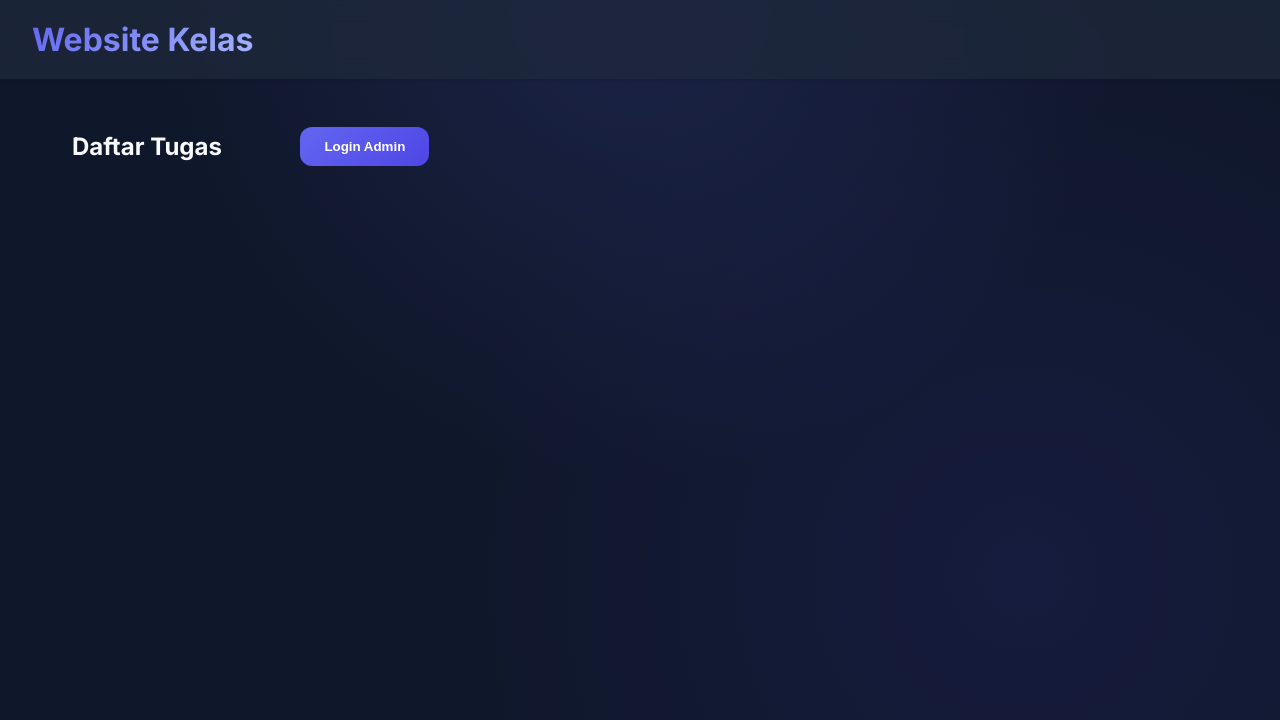
Repository: Resanso/astraReminder
Page: /
An editor plug-in stored every save of this project. The page is shown before and after the next save, followed by the edit.
The browser window is 1280 px wide. The pictures show the whole page.
The page's requests for data from a server got no answer. The project was rebuilt for these pictures with package versions that can differ from the ones it lists, and the page was loaded fresh each time. No one was signed in, and anything a server would have sent is missing. Also part of the build but not shown: src/components/AdminPanel.js, src/components/Login.js, src/components/Register.js.

Above is the page before, as saved 2025-02-25 00:06:54.

### public/index.html
<!DOCTYPE html>
<html lang="en">
  <head>
    <meta charset="utf-8" />
    <link rel="icon" href="favicon.ico" />
    <meta name="viewport" content="width=device-width, initial-scale=1" />
    <meta name="theme-color" content="#000000" />
    <meta name="description" content="Astra Domini - Fantasy Game Management" />
    <link rel="apple-touch-icon" href="logo192.png" />
    <link rel="manifest" href="manifest.json" />
    <title>Astra Domini</title>
  </head>
  <body>
    <noscript>You need to enable JavaScript to run this app.</noscript>
    <div id="root"></div>
    <!--
      This HTML file is a template.
      If you open it directly in the browser, you will see an empty page.

      You can add webfonts, meta tags, or analytics to this file.
      The build step will place the bundled scripts into the <body> tag.

      To begin the development, run `npm start` or `yarn start`.
      To create a production bundle, use `npm run build` or `yarn build`.
    -->
  </body>
</html>

### src/index.css
@import url("https://fonts.googleapis.com/css2?family=Inter:wght@400;500;600;700&display=swap");

body {
  margin: 0;
  font-family: "Inter", -apple-system, BlinkMacSystemFont, "Segoe UI", "Roboto",
    "Oxygen", "Ubuntu", "Cantarell", "Fira Sans", "Droid Sans", "Helvetica Neue",
    sans-serif;
  -webkit-font-smoothing: antialiased;
  -moz-osx-font-smoothing: grayscale;
}

code {
  font-family: source-code-pro, Menlo, Monaco, Consolas, "Courier New",
    monospace;
}

* {
  box-sizing: border-box;
  margin: 0;
  padding: 0;
}

::-webkit-scrollbar {
  width: 8px;
}

::-webkit-scrollbar-track {
  background: rgba(255, 255, 255, 0.05);
}

::-webkit-scrollbar-thumb {
  background: rgba(110, 86, 207, 0.5);
  border-radius: 4px;
}

::-webkit-scrollbar-thumb:hover {
  background: rgba(110, 86, 207, 0.7);
}

### src/App.js
import React, { useState, useEffect } from "react";
import {
  BrowserRouter as Router,
  Routes,
  Route,
  Navigate,
} from "react-router-dom";
import { auth } from "./firebase";
import { onAuthStateChanged, signOut } from "firebase/auth";
import TaskList from "./components/TaskList";
import AdminPanel from "./components/AdminPanel";
import Login from "./components/Login";
import Register from "./components/Register";
import "./App.css";

function App() {
  const [user, setUser] = useState(null);
  const [loading, setLoading] = useState(true);

  useEffect(() => {
    const unsubscribe = onAuthStateChanged(auth, (user) => {
      setUser(user);
      setLoading(false);
    });
    return unsubscribe;
  }, []);

  const handleLogout = async () => {
    try {
      await signOut(auth);
    } catch (error) {
      console.error("Error signing out:", error);
    }
  };

  if (loading) return <div>Loading...</div>;

  return (
    <Router basename="/">
      <div className="App">
        <header>
          <h1>Website Kelas</h1>
          {user && (
            <button className="logout-btn" onClick={handleLogout}>
              Logout
            </button>
          )}
        </header>
        <Routes>
          <Route path="/" element={<TaskList />} />
          <Route
            path="/admin"
            element={user ? <AdminPanel /> : <Navigate to="/login" />}
          />
          <Route
            path="/login"
            element={user ? <Navigate to="/admin" /> : <Login />}
          />
          <Route
            path="/register"
            element={user ? <Navigate to="/admin" /> : <Register />}
          />
        </Routes>
      </div>
    </Router>
  );
}

export default App;

### src/firebase.js
// Import the functions you need from the SDKs you need
import { initializeApp } from "firebase/app";
import { getFirestore } from "firebase/firestore";
import { getAuth } from "firebase/auth";
// TODO: Add SDKs for Firebase products that you want to use
// https://firebase.google.com/docs/web/setup#available-libraries

// Your web app's Firebase configuration
// For Firebase JS SDK v7.20.0 and later, measurementId is optional
const firebaseConfig = {
  apiKey: "AIzaSyC5vKNyYoiYqoeDgudvSQoeoFQrEVA_fF8",
  authDomain: "astra-domini.firebaseapp.com",
  projectId: "astra-domini",
  storageBucket: "astra-domini.firebasestorage.app",
  messagingSenderId: "711846096621",
  appId: "1:711846096621:web:fc97db572dc81c002ea6e4",
  measurementId: "G-YBZY4XPSGD",
};

// Initialize Firebase only on client side
let app;
let db;
let auth;

if (typeof window !== "undefined") {
  app = initializeApp(firebaseConfig);
  db = getFirestore(app);
  auth = getAuth(app);
}

export { db, auth };

### src/components/TaskList.js
import React, { useEffect, useState } from "react";
import { collection, query, getDocs, deleteDoc, doc } from "firebase/firestore";
import { db, auth } from "../firebase";
import { useNavigate } from "react-router-dom";
import { onAuthStateChanged } from "firebase/auth";

const TaskList = () => {
  const [tasks, setTasks] = useState([]);
  const [loading, setLoading] = useState(true);
  const [error, setError] = useState(null);
  const [user, setUser] = useState(null);
  const navigate = useNavigate();

  useEffect(() => {
    const unsubscribe = onAuthStateChanged(auth, (currentUser) => {
      setUser(currentUser);
    });
    return () => unsubscribe();
  }, []);

  const isTaskValid = (deadline) => {
    if (!deadline || typeof deadline.toDate !== "function") {
      return false;
    }
    try {
      const now = new Date();
      return deadline.toDate() > now;
    } catch (error) {
      console.error("Error validating task deadline:", error);
      return false;
    }
  };

  const deleteExpiredTasks = async (expiredTasks) => {
    for (const task of expiredTasks) {
      try {
        await deleteDoc(doc(db, "tasks", task.id));
      } catch (error) {
        console.error("Error deleting expired task:", error);
      }
    }
  };

  useEffect(() => {
    const fetchTasks = async () => {
      try {
        setLoading(true);
        setError(null);
        const q = query(collection(db, "tasks"));
        const querySnapshot = await getDocs(q);
        const taskList = [];
        const expiredTasks = [];

        querySnapshot.forEach((doc) => {
          const taskData = doc.data();
          // Validate task data
          if (taskData && taskData.deadline) {
            const task = { id: doc.id, ...taskData };
            if (isTaskValid(task.deadline)) {
              taskList.push(task);
            } else {
              expiredTasks.push(task);
            }
          } else {
            console.warn(`Task ${doc.id} has invalid data:`, taskData);
          }
        });

        if (expiredTasks.length > 0) {
          await deleteExpiredTasks(expiredTasks);
        }

        // Sort tasks by deadline
        taskList.sort((a, b) => {
          try {
            return a.deadline.toDate() - b.deadline.toDate();
          } catch (error) {
            console.error("Error sorting tasks:", error);
            return 0;
          }
        });

        setTasks(taskList);
      } catch (err) {
        setError("Gagal memuat daftar tugas. Silakan coba lagi nanti.");
        console.error("Error fetching tasks:", err);
      } finally {
        setLoading(false);
      }
    };

    fetchTasks();
    const interval = setInterval(fetchTasks, 60000);
    return () => clearInterval(interval);
  }, []);

  if (loading) {
    return <div className="loading">Memuat...</div>;
  }

  if (error) {
    return <div className="error">{error}</div>;
  }

  return (
    <div className="task-list">
      <div className="task-header">
        <h2>Daftar Tugas</h2>
        <div className="button-group">
          {user ? (
            <>
              <button
                className="add-task-btn"
                onClick={() => navigate("/admin")}
              >
                Tambah Tugas
              </button>
            </>
          ) : (
            <button className="login-btn" onClick={() => navigate("/login")}>
              Login Admin
            </button>
          )}
        </div>
      </div>
      {tasks.map((task) => (
        <div key={task.id} className="task-card">
          <h3>{task.matkul}</h3>
          <p>{task.desk}</p>
          <p>Deadline: {task.deadline.toDate().toLocaleString()}</p>
          <p className="task-creator">Ditambahkan oleh: {task.createdBy}</p>
        </div>
      ))}
    </div>
  );
};

export default TaskList;

### src/App.css
:root {
  --background-primary: #0f172a;
  --background-secondary: #1e293b;
  --text-primary: #f8fafc;
  --text-secondary: #94a3b8;
  --accent-primary: #6366f1;
  --accent-secondary: #4f46e5;
  --border-color: #334155;
  --success-color: #10b981;
  --error-color: #ef4444;
  --card-shadow: 0 4px 6px -1px rgb(0 0 0 / 0.1),
    0 2px 4px -2px rgb(0 0 0 / 0.1);
  --transition-base: all 0.3s ease;
}

body {
  background-color: var(--background-primary);
  color: var(--text-primary);
  min-height: 100vh;
  background-image: radial-gradient(
      circle at 50% 0%,
      rgba(99, 102, 241, 0.15) 0%,
      transparent 50%
    ),
    radial-gradient(
      circle at 80% 80%,
      rgba(79, 70, 229, 0.1) 0%,
      transparent 50%
    );
}

.App {
  text-align: center;
  position: relative;
}

.App-logo {
  height: 40vmin;
  pointer-events: none;
}

@media (prefers-reduced-motion: no-preference) {
  .App-logo {
    animation: App-logo-spin infinite 20s linear;
  }
}

.App-header {
  background-color: #282c34;
  min-height: 100vh;
  display: flex;
  flex-direction: column;
  align-items: center;
  justify-content: center;
  font-size: calc(10px + 2vmin);
  color: white;
}

.App-link {
  color: #61dafb;
}

@keyframes App-logo-spin {
  from {
    transform: rotate(0deg);
  }
  to {
    transform: rotate(360deg);
  }
}

/* Header Styles */
header {
  background-color: rgba(30, 41, 59, 0.8);
  backdrop-filter: blur(12px);
  padding: 1.25rem 2rem;
  box-shadow: 0 1px 3px rgba(0, 0, 0, 0.1);
  position: sticky;
  top: 0;
  z-index: 100;
  display: flex;
  justify-content: space-between;
  align-items: center;
}

header h1 {
  font-size: 2rem;
  font-weight: 700;
  background: linear-gradient(135deg, var(--accent-primary), #a5b4fc);
  -webkit-background-clip: text;
  background-clip: text;
  color: transparent;
}

.task-list {
  max-width: 1200px;
  margin: 3rem auto;
  padding: 0 2rem;
  display: grid;
  grid-template-columns: repeat(auto-fill, minmax(300px, 1fr));
  gap: 2rem;
}

.task-card {
  background-color: var(--background-secondary);
  border: 1px solid var(--border-color);
  border-radius: 1rem;
  padding: 1.5rem;
  transition: var(--transition-base);
  box-shadow: var(--card-shadow);
}

.task-card:hover {
  transform: translateY(-4px);
  box-shadow: 0 12px 24px -8px rgba(0, 0, 0, 0.3);
}

.task-card h3 {
  color: var(--accent-primary);
  margin-bottom: 1rem;
  font-size: 1.25rem;
}

.button-group button,
.auth-form button,
.admin-panel button {
  padding: 0.75rem 1.5rem;
  border-radius: 0.75rem;
  border: none;
  font-weight: 600;
  transition: var(--transition-base);
  cursor: pointer;
  display: inline-flex;
  align-items: center;
  justify-content: center;
  gap: 0.5rem;
}

.login-btn,
.add-task-btn {
  background: linear-gradient(
    135deg,
    var(--accent-primary),
    var(--accent-secondary)
  );
  color: white;
}

.login-btn:hover,
.add-task-btn:hover {
  filter: brightness(1.1);
  transform: translateY(-1px);
}

.back-btn {
  background-color: rgba(255, 255, 255, 0.1);
  color: var(--text-primary);
}

.logout-btn {
  background-color: rgba(239, 68, 68, 0.2);
  color: var(--error-color);
  border: 1px solid var(--error-color);
}

.logout-btn {
  padding: 8px 16px;
  background-color: #dc3545;
  color: white;
  border: none;
  border-radius: 4px;
  cursor: pointer;
}

.logout-btn:hover {
  background-color: #c82333;
}

.admin-panel {
  background-color: var(--background-secondary);
  border-radius: 1rem;
  padding: 2.5rem;
  max-width: 500px;
  margin: 3rem auto;
  box-shadow: var(--card-shadow);
}

.admin-panel form {
  display: flex;
  flex-direction: column;
  gap: 10px;
}

.admin-panel input,
.admin-panel textarea {
  width: 100%;
  padding: 0.75rem 1rem;
  background-color: rgba(255, 255, 255, 0.05);
  border: 1px solid var(--border-color);
  border-radius: 0.75rem;
  color: var(--text-primary);
  transition: var(--transition-base);
}

.admin-panel input:focus,
.admin-panel textarea:focus {
  border-color: var(--accent-primary);
  box-shadow: 0 0 0 3px rgba(99, 102, 241, 0.2);
  outline: none;
}

.admin-panel button {
  padding: 10px;
  background-color: #007bff;
  color: white;
  border: none;
  border-radius: 5px;
  cursor: pointer;
}

.admin-panel select {
  background-color: rgba(255, 255, 255, 0.05);
  border: 1px solid var(--border-color);
  color: var(--text-primary);
  border-radius: 8px;
  padding: 0.75rem;
  width: 100%;
  margin-bottom: 1rem;
}

.admin-panel select:focus {
  outline: none;
  border-color: var(--accent-primary);
  box-shadow: 0 0 0 2px rgba(110, 86, 207, 0.2);
}

.login-form {
  max-width: 400px;
  margin: 40px auto;
  padding: 20px;
  border: 1px solid #ddd;
  border-radius: 5px;
}

.login-form input {
  width: 100%;
  padding: 10px;
  margin-bottom: 10px;
  border: 1px solid #ddd;
  border-radius: 4px;
}

.login-form button {
  width: 100%;
  padding: 10px;
  background-color: #007bff;
  color: white;
  border: none;
  border-radius: 4px;
  cursor: pointer;
}

.error {
  color: var(--error-color);
  background-color: rgba(239, 68, 68, 0.1);
  padding: 1rem;
  border-radius: 8px;
  margin: 1rem 0;
}

.task-header {
  display: flex;
  justify-content: space-between;
  align-items: center;
  margin-bottom: 20px;
}

.login-btn {
  padding: 8px 16px;
  background-color: #007bff;
  color: white;
  border: none;
  border-radius: 4px;
  cursor: pointer;
}

.login-btn:hover {
  background-color: #0056b3;
}

.auth-form {
  background-color: var(--background-secondary);
  border-radius: 1rem;
  padding: 2.5rem;
  max-width: 500px;
  margin: 3rem auto;
  box-shadow: var(--card-shadow);
}

.auth-form input {
  width: 100%;
  padding: 0.75rem 1rem;
  background-color: rgba(255, 255, 255, 0.05);
  border: 1px solid var(--border-color);
  border-radius: 0.75rem;
  color: var(--text-primary);
  transition: var(--transition-base);
}

.auth-form input:focus {
  border-color: var(--accent-primary);
  box-shadow: 0 0 0 3px rgba(99, 102, 241, 0.2);
  outline: none;
}

.auth-form button {
  width: 100%;
  padding: 10px;
  background-color: #007bff;
  color: white;
  border: none;
  border-radius: 4px;
  cursor: pointer;
  margin-bottom: 15px;
}

.auth-form button:hover {
  background-color: #0056b3;
}

.auth-form a {
  color: #007bff;
  text-decoration: none;
}

.auth-form a:hover {
  text-decoration: underline;
}

.task-creator {
  color: var(--text-secondary);
  font-size: 0.875rem;
  margin-top: 1rem;
}

.add-task-btn {
  padding: 8px 16px;
  background-color: #28a745;
  color: white;
  border: none;
  border-radius: 4px;
  cursor: pointer;
}

.add-task-btn:hover {
  background-color: #218838;
}

.button-group {
  display: flex;
  gap: 10px;
  align-items: center;
}

.back-btn {
  padding: 8px 16px;
  background-color: #6c757d;
  color: white;
  border: none;
  border-radius: 4px;
  cursor: pointer;
}

.back-btn:hover {
  background-color: #5a6268;
}

/* Responsive Design */
@media (max-width: 768px) {
  header {
    padding: 1rem;
  }

  header h1 {
    font-size: 1.5rem;
  }

  .task-header {
    flex-direction: column;
    gap: 1rem;
  }

  .button-group {
    flex-wrap: wrap;
    justify-content: center;
  }

  .admin-panel,
  .auth-form {
    margin: 1rem;
    padding: 1.5rem;
  }

  .task-card {
    padding: 1rem;
  }
}

/* Loading Animation */
.loading {
  display: flex;
  justify-content: center;
  align-items: center;
  min-height: 200px;
  color: var(--accent-primary);
}

.loading::after {
  content: "";
  width: 30px;
  height: 30px;
  border: 3px solid var(--accent-primary);
  border-top-color: transparent;
  border-radius: 50%;
  animation: spinner 0.8s linear infinite;
}

@keyframes spinner {
  to {
    transform: rotate(360deg);
  }
}

Loaded but not shown: src/index.js (common file); src/reportWebVitals.js (common file)

After the next save:
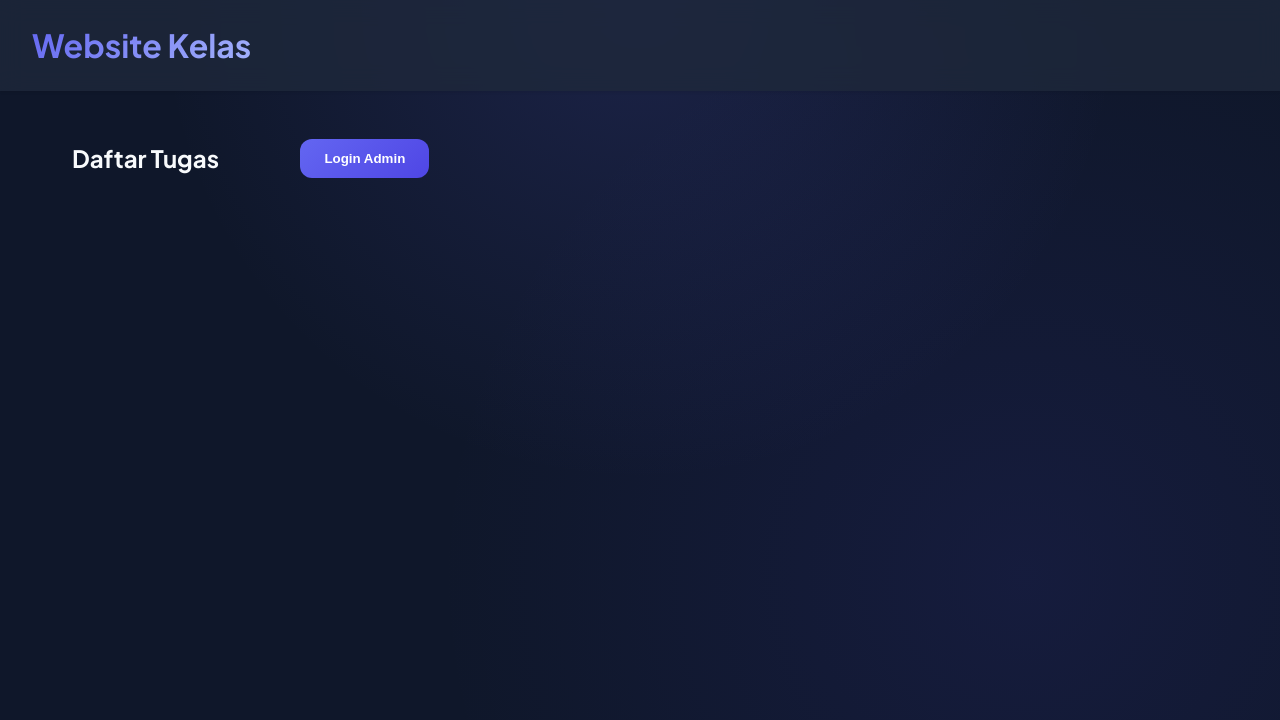
Saved 3 min 46 s later.
--- a/src/index.css
+++ b/src/index.css
@@ -1,12 +1,12 @@
-@import url("https://fonts.googleapis.com/css2?family=Inter:wght@400;500;600;700&display=swap");
+@import url('https://fonts.googleapis.com/css2?family=Plus+Jakarta+Sans:wght@400;500;600;700&display=swap');
 
 body {
   margin: 0;
-  font-family: "Inter", -apple-system, BlinkMacSystemFont, "Segoe UI", "Roboto",
-    "Oxygen", "Ubuntu", "Cantarell", "Fira Sans", "Droid Sans", "Helvetica Neue",
-    sans-serif;
+  font-family: 'Plus Jakarta Sans', -apple-system, BlinkMacSystemFont, 'Segoe UI', Roboto,
+    Oxygen, Ubuntu, Cantarell, 'Helvetica Neue', sans-serif;
   -webkit-font-smoothing: antialiased;
   -moz-osx-font-smoothing: grayscale;
+  line-height: 1.6;
 }
 
 code {
